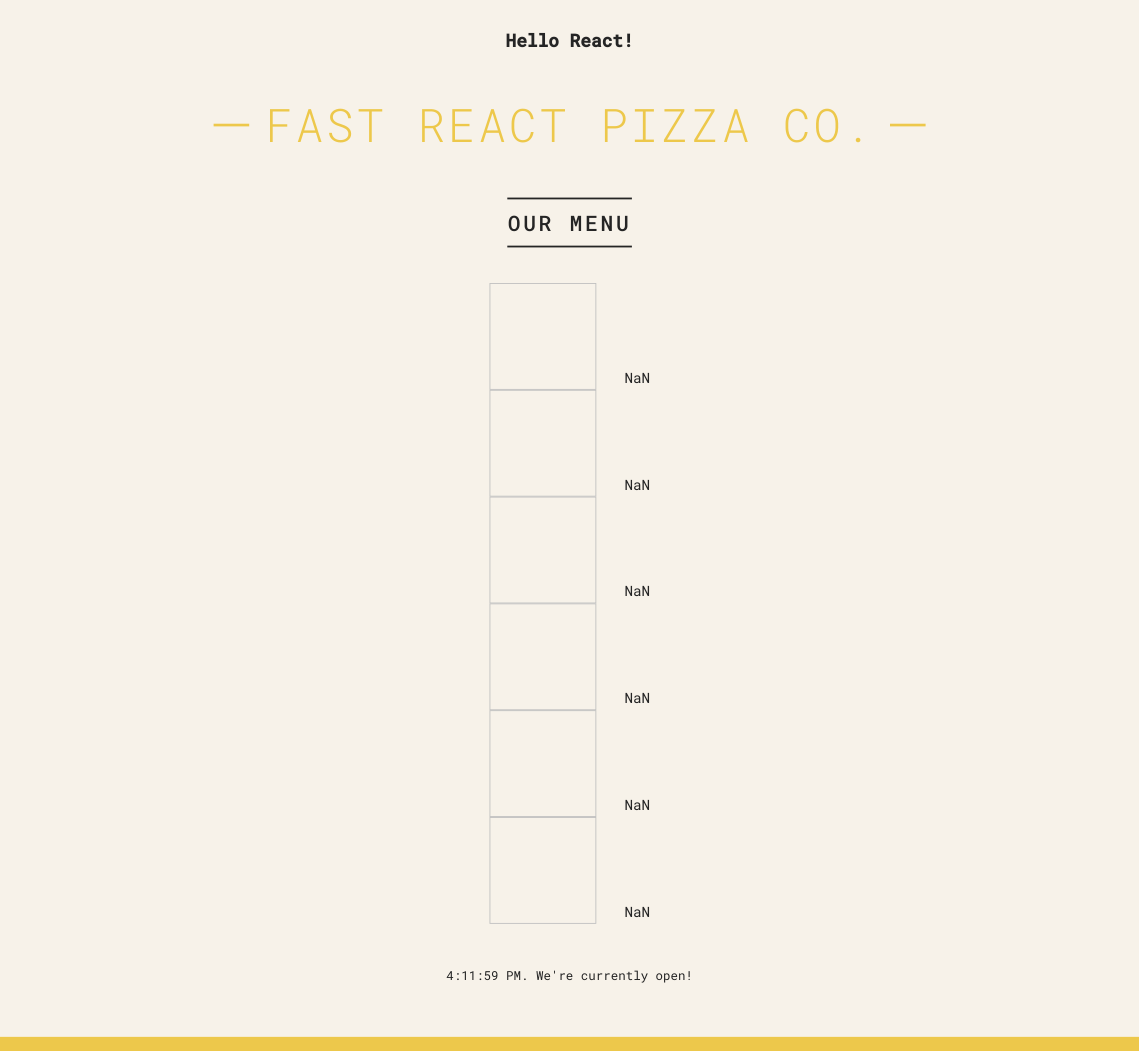
Repository: Alphosmart/03_pizza-menu
Page: /
These files come from the project's save history. The page is drawn as it stood at one moment and after the next save; the edit follows.
The browser window is 1280 px wide. The pictures show the whole page, at 89% of full size.
The project was rebuilt for these pictures with package versions that can differ from the ones it lists, and the page was loaded fresh each time.

Above is the page before, as saved 2024-05-31 16:14:18.

After the next save:
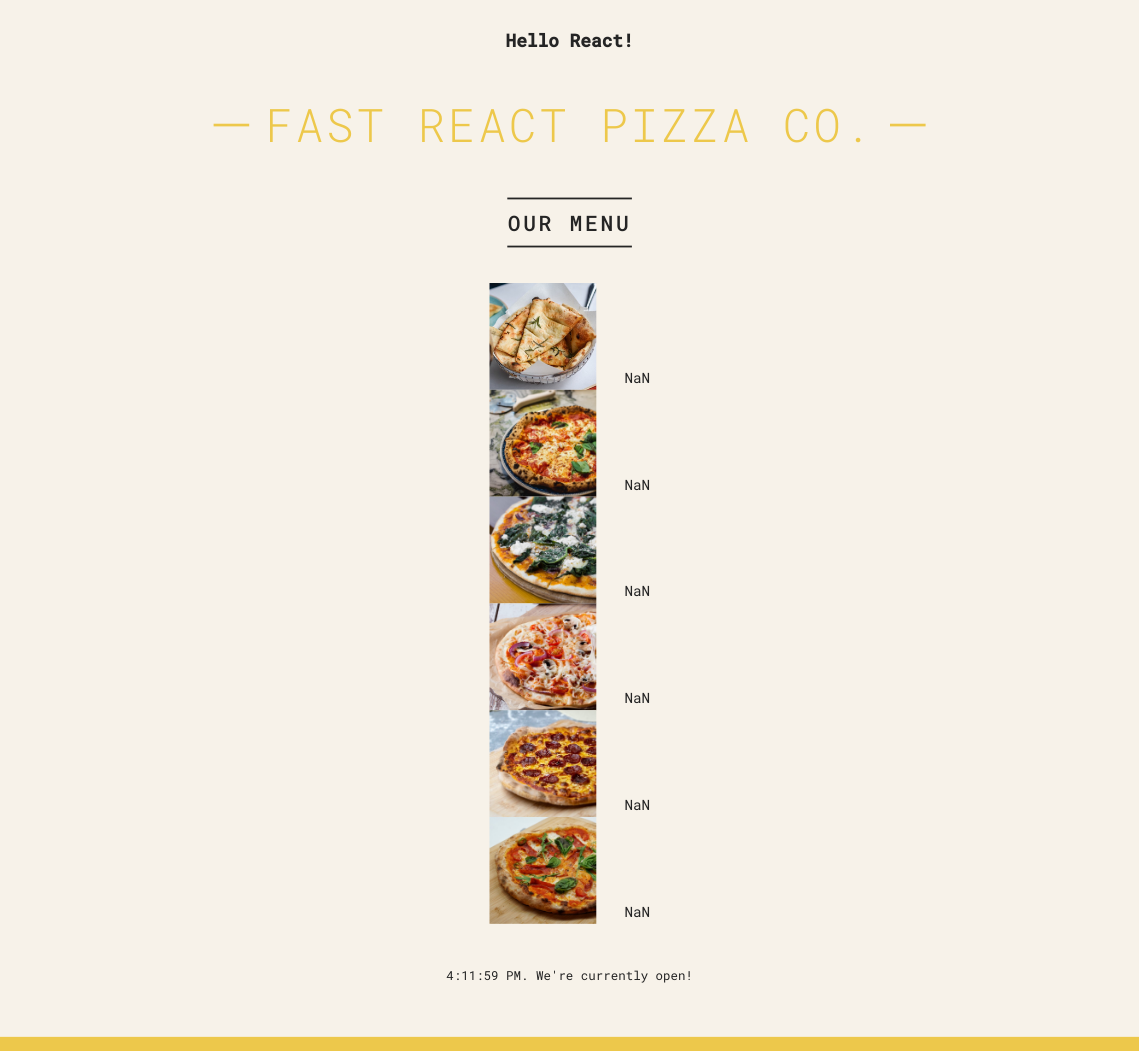
Saved 36 s later.
--- a/src/index.js
+++ b/src/index.js
@@ -98,7 +98,7 @@ function Pizza(props) {
   console.log(props);
   return (
     <div className="pizza">
-      <img src={props.pizzaObjphotoName} alt={props.name} />
+      <img src={props.pizzaObj.photoName} alt={props.name} />
 
       <div>
         <h3>{props.name}</h3>
